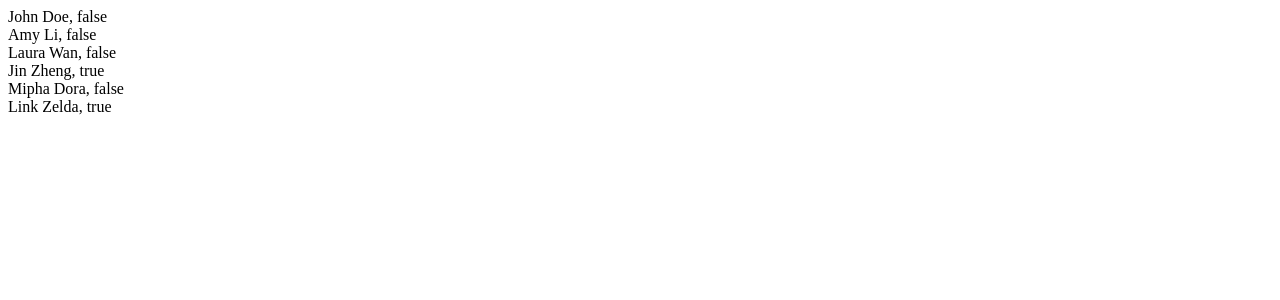
Repository: xiaoliu-lucy/JSP
Page: http://localhost/tagdemo/choose-student-table.jsp
These files come from the project's save history. The page is drawn as it stood at one moment and after the next save; the edit follows.
The browser window is 1280 px wide. The pictures show the whole page.
The page is served by Tomcat 9.

Above is the page before, as saved 2017-08-13 20:28:19.

After the next save:
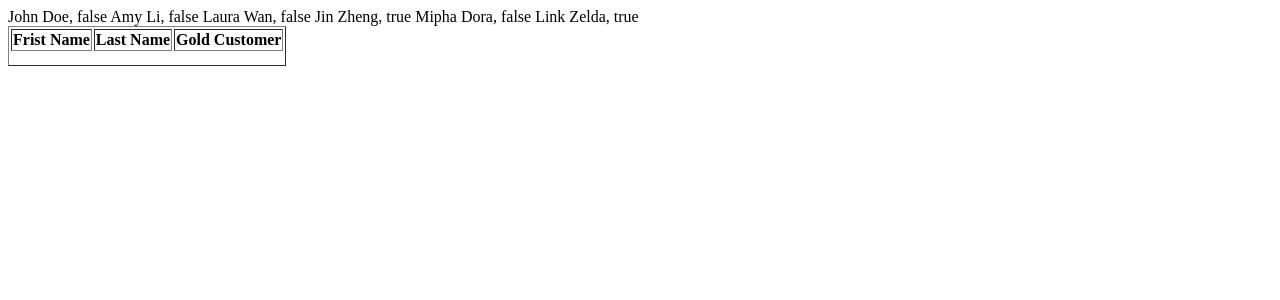
Saved 10 h 12 min later.
--- a/tagdemo/tagdemo/WebContent/choose-student-table.jsp
+++ b/tagdemo/tagdemo/WebContent/choose-student-table.jsp
@@ -17,11 +17,17 @@
 
 <html>
 <body>
-
+	<table border="1">
+	<tr>
+		<th>Frist Name</th>
+		<th>Last Name</th>
+		<th>Gold Customer</th>
+	</tr>
 	<c:forEach var="tempStudent" items="${studentList}">
+		<tr>
 		${tempStudent.firstName} ${tempStudent.lastName}, ${tempStudent.goldCustomer}
-		<br/>
+		</tr>
 	</c:forEach>
-
+	</table>
 </body>
 </html>
